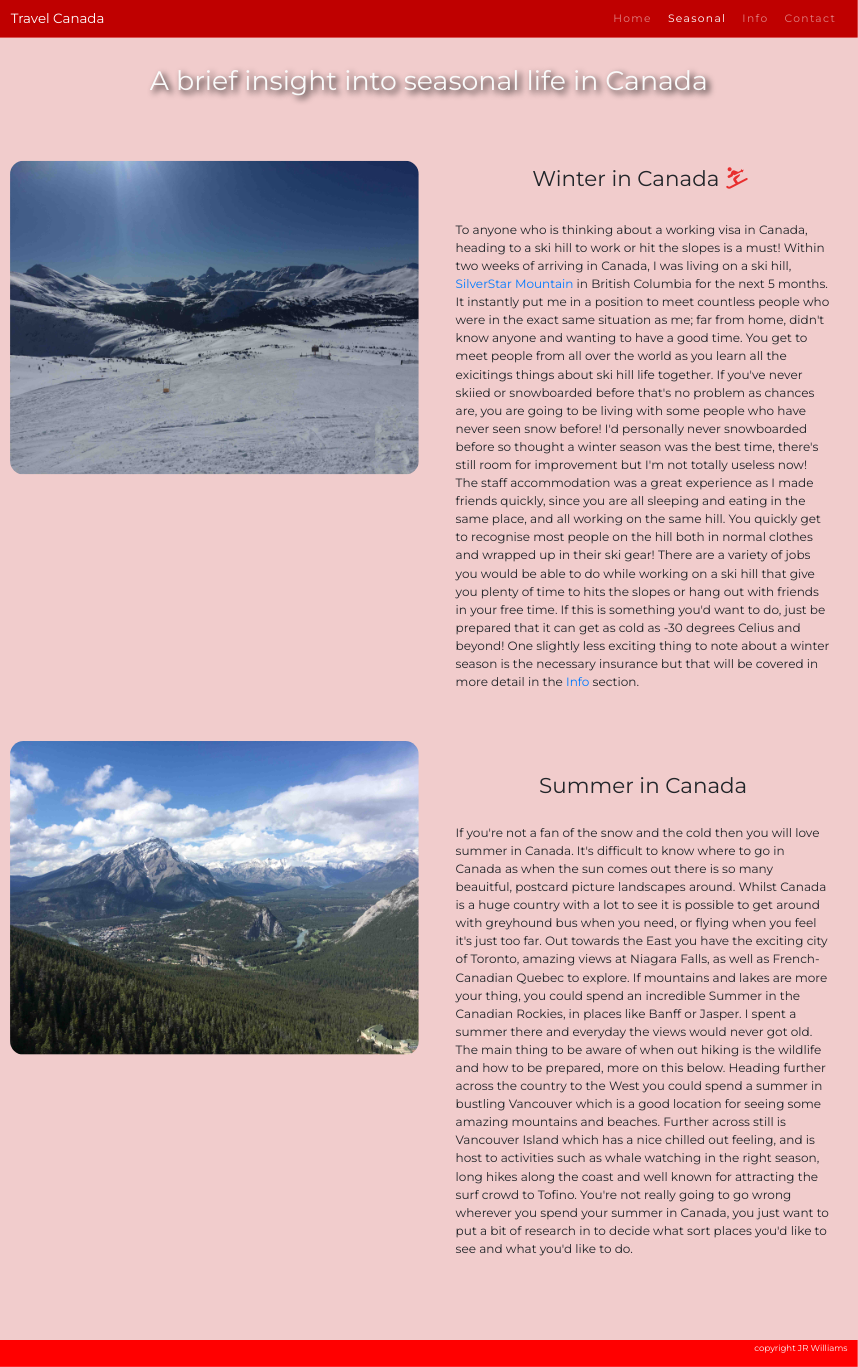
Repository: JonWil91/Travel-Canada
Page: seasonal.html
The author's editor kept a record of every edit. The page is drawn from the files as they stood at one moment, then again after the next edit.
The browser window is 1280 px wide. The pictures show the whole page, at 67% of full size.
Some web libraries are served in a nearby version.

Above is the page before.

### seasonal.html
<!DOCTYPE html>
<html lang="en">

<head>
    <meta charset="UTF-8">
    <meta name="viewport" content="width=device-width, initial-scale=1.0">
    <meta http-equiv="X-UA-Compatible" content="ie=edge">
    <title>Canada</title>
    <link rel="stylesheet" href="https://stackpath.bootstrapcdn.com/bootstrap/4.3.1/css/bootstrap.min.css" integrity="sha384-ggOyR0iXCbMQv3Xipma34MD+dH/1fQ784/j6cY/iJTQUOhcWr7x9JvoRxT2MZw1T" crossorigin="anonymous">
    <link href="https://fonts.googleapis.com/css?family=Montserrat:200,400,500i&display=swap" rel="stylesheet">
    <link rel="stylesheet" href="https://use.fontawesome.com/releases/v5.6.1/css/all.css" integrity="sha384-gfdkjb5BdAXd+lj+gudLWI+BXq4IuLW5IT+brZEZsLFm++aCMlF1V92rMkPaX4PP" crossorigin="anonymous">
    <link rel="stylesheet" href="css/style.css" type="text/css" />


    <body>

        <!-- navbar -->

        <div class="container-fluid navalert-container">
            <nav class="navbar navbar-dark navbar-expand-sm navbar-fixed-top">
                <a href="index.html" class="navbar-brand">Travel Canada</a>
                <button class="navbar-toggler ml-auto" type="button" data-toggle="collapse" data-target="#navbarNavDropdown" aria-controls="navbarNavDropdown" aria-expanded="false" aria-label="Toggle
        navigation">
            <span class="navbar-toggler-icon"></span>
        </button>
                <div class="collapse navbar-collapse" id="navbarNavDropdown">
                    <ul class="navbar-nav ml-auto">
                        <li class="nav-item mr-2"><a class="nav-link" href="index.html">Home</a></li>
                        <li class="active nav-item mr-2"><a class="nav-link" href="seasonal.html">Seasonal</a></li>
                        <li class="nav-item mr-2"><a class="nav-link" href="info.html">Info</a></li>
                        <li class="nav-item mr-2"><a class="nav-link" href="contact.html">Contact</a></li>

                    </ul>
                </div>
            </nav>
        </div>

        <!-- /navbar -->


        <!-- seasons -->

        <div class="container title-container my-5 text-center">
            <div class="row">
                <div class="col-12">
                    <h1 class="jumbotron-header my-5">A brief insight into seasonal life in Canada</h1>
                </div>
            </div>
        </div>

        <div class="container-fluid">
            <div class="row">
                <div class="col-lg-6">
                    <img src="images/canada-winter.jpg" class="img-fluid">
                </div>
                <div class="col-lg-6">
                    <div class="accordion d-sm-none" id="accordionExample">
                        <div class="card">
                            <div class="card-header" id="headingOne">
                                <h2 class="mb-0">
                                    <button class="btn btn-link" type="button" data-toggle="collapse" data-target="#collapseOne" aria-expanded="true" aria-controls="collapseOne">
          Winter in Canada
        </button>
                                </h2>
                            </div>

                            <div id="collapseOne" class="collapse show" aria-labelledby="headingOne" data-parent="#accordionExample">
                                <div class="card-body">
                                    To anyone who is thinking about a working visa in Canada, heading to a ski hill to work or hit the slopes is a must! Within two weeks of arriving in Canada, I was living on a ski hill, <a href="https://www.skisilverstar.com/"
                                        target="_blank">SilverStar Mountain</a> in British Columbia for the next 5 months. It instantly put me in a position to meet countless people who were in the exact same situation as me; far from home, didn't know anyone
                                    and wanting to have a good time. You get to meet people from all over the world as you learn all the exicitings things about ski hill life together. If you've never skiied or snowboarded before that's no problem as
                                    chances are, you are going to be living with some people who have never seen snow before! I'd personally never snowboarded before so thought a winter season was the best time, there's still room for improvement but
                                    I'm not totally useless now! The staff accommodation was a great experience as I made friends quickly, since you are all sleeping and eating in the same place, and all working on the same hill. You quickly get to recognise
                                    most people on the hill both in normal clothes and wrapped up in their ski gear! There are a variety of jobs you would be able to do while working on a ski hill that give you plenty of time to hits the slopes or hang
                                    out with friends in your free time. If this is something you'd want to do, just be prepared that it can get as cold as -30 degrees Celius and beyond! One slightly less exciting thing to note about a winter season is
                                    the necessary insurance but that will be covered in more detail in the <a href="info.html">Info</a> section.
                                </div>
                            </div>
                        </div>
                    </div>

                    <div class="container-fluid d-none d-md-block">
                        <div class="row">
                            <div class="col-lg-12">
                                <h2 class="text-center season-title align-text-top"> Winter in Canada<i class="fas fa-skiing icon fa-flip-horizontal"></i></h2>
                                <p class="season-section">To anyone who is thinking about a working visa in Canada, heading to a ski hill to work or hit the slopes is a must! Within two weeks of arriving in Canada, I was living on a ski hill, <a href="https://www.skisilverstar.com/"
                                        target="_blank">SilverStar Mountain</a> in British Columbia for the next 5 months. It instantly put me in a position to meet countless people who were in the exact same situation as me; far from home, didn't know anyone
                                    and wanting to have a good time. You get to meet people from all over the world as you learn all the exicitings things about ski hill life together. If you've never skiied or snowboarded before that's no problem as
                                    chances are, you are going to be living with some people who have never seen snow before! I'd personally never snowboarded before so thought a winter season was the best time, there's still room for improvement but
                                    I'm not totally useless now! The staff accommodation was a great experience as I made friends quickly, since you are all sleeping and eating in the same place, and all working on the same hill. You quickly get to recognise
                                    most people on the hill both in normal clothes and wrapped up in their ski gear! There are a variety of jobs you would be able to do while working on a ski hill that give you plenty of time to hits the slopes or hang
                                    out with friends in your free time. If this is something you'd want to do, just be prepared that it can get as cold as -30 degrees Celius and beyond! One slightly less exciting thing to note about a winter season is
                                    the necessary insurance but that will be covered in more detail in the <a href="info.html">Info</a> section.
                                </p>
                            </div>
                        </div>
                    </div>



                </div>
            </div>
        </div>


        <div class="container-fluid my-5">
            <div class="row">
                <div class="col-lg-6">
                    <img src="images/canada-summer.jpg" class="img-fluid">
                </div>
                <div class="col-lg-6 my-5">
                    <div class="accordion d-sm-none" id="accordionExample">
                        <div class="card">
                            <div class="card-header" id="headingTwo">
                                <h2 class="mb-0">
                                    <button class="btn btn-link collapsed" type="button" data-toggle="collapse" data-target="#collapseTwo" aria-expanded="false" aria-controls="collapseTwo">
          Summer in Canada
        </button>
                                </h2>
                            </div>
                            <div id="collapseTwo" class="collapse" aria-labelledby="headingTwo" data-parent="#accordionExample">
                                <div class="card-body">
                                    If you're not a fan of the snow and the cold then you will love summer in Canada. It's difficult to know where to go in Canada as when the sun comes out there is so many beauitful, postcard picture landscapes around. Whilst Canada is a huge country with
                                    a lot to see it is possible to get around with greyhound bus when you need, or flying when you feel it's just too far. Out towards the East you have the exciting city of Toronto, amazing views at Niagara Falls, as well
                                    as French-Canadian Quebec to explore. If mountains and lakes are more your thing, you could spend an incredible Summer in the Canadian Rockies, in places like Banff or Jasper. I spent a summer there and everyday the
                                    views would never got old. The main thing to be aware of when out hiking is the wildlife and how to be prepared, more on this below. Heading further across the country to the West you could spend a summer in bustling
                                    Vancouver which is a good location for seeing some amazing mountains and beaches. Further across still is Vancouver Island which has a nice chilled out feeling, and is host to activities such as whale watching in the
                                    right season, long hikes along the coast and well known for attracting the surf crowd to Tofino. You're not really going to go wrong wherever you spend your summer in Canada, you just want to put a bit of research in
                                    to decide what sort places you'd like to see and what you'd like to do.
                                </div>
                            </div>
                        </div>
                    </div>

                    <div class="container-fluid d-none d-md-block">
                        <div class="row d-none d-md-block">
                            <div class="col-lg-12">
                                <h2 class="text-center season-title">Summer in Canada</h2>
                                <p class="season-section">If you're not a fan of the snow and the cold then you will love summer in Canada. It's difficult to know where to go in Canada as when the sun comes out there is so many beauitful, postcard picture landscapes around. Whilst
                                    Canada is a huge country with a lot to see it is possible to get around with greyhound bus when you need, or flying when you feel it's just too far. Out towards the East you have the exciting city of Toronto, amazing
                                    views at Niagara Falls, as well as French-Canadian Quebec to explore. If mountains and lakes are more your thing, you could spend an incredible Summer in the Canadian Rockies, in places like Banff or Jasper. I spent
                                    a summer there and everyday the views would never got old. The main thing to be aware of when out hiking is the wildlife and how to be prepared, more on this below. Heading further across the country to the West you
                                    could spend a summer in bustling Vancouver which is a good location for seeing some amazing mountains and beaches. Further across still is Vancouver Island which has a nice chilled out feeling, and is host to activities
                                    such as whale watching in the right season, long hikes along the coast and well known for attracting the surf crowd to Tofino. You're not really going to go wrong wherever you spend your summer in Canada, you just want
                                    to put a bit of research in to decide what sort places you'd like to see and what you'd like to do.
                                </p>
                            </div>
                        </div>
                    </div>


                </div>
            </div>
        </div>


        <!-- /seasons -->

        <!-- footer -->

        <div class="container-fluid footer">
            <div class="row">
                <div class="col-12">
                    <p class="ml-auto"><small>copyright JR Williams</small></p>

                </div>
            </div>
        </div>


        <!-- /footer -->


        <script src="https://code.jquery.com/jquery-3.3.1.slim.min.js" integrity="sha384-q8i/X+965DzO0rT7abK41JStQIAqVgRVzpbzo5smXKp4YfRvH+8abtTE1Pi6jizo" crossorigin="anonymous"></script>
        <script src="https://cdnjs.cloudflare.com/ajax/libs/popper.js/1.14.7/umd/popper.min.js" integrity="sha384-UO2eT0CpHqdSJQ6hJty5KVphtPhzWj9WO1clHTMGa3JDZwrnQq4sF86dIHNDz0W1" crossorigin="anonymous"></script>
        <script src="https://stackpath.bootstrapcdn.com/bootstrap/4.3.1/js/bootstrap.min.js" integrity="sha384-JjSmVgyd0p3pXB1rRibZUAYoIIy6OrQ6VrjIEaFf/nJGzIxFDsf4x0xIM+B07jRM" crossorigin="anonymous"></script>


    </body>

### css/style.css
body {
    font-family: 'Montserrat', sans-serif;
    background-color: #f1cccc;
}

/* landing page */

.callout-container {
    height: 100vh;
    background: url("../images/canada-landing-page.jpg") no-repeat bottom right fixed;
    -webkit-background-size: cover;
    -moz-background-size: cover;
    -o-background-size: cover;
    background-size: cover;

    display: flex;
    justify-content: center;
    position: relative;
}

.jumbotron {
    background-color: transparent;
    margin-top: 30px;
    color: #fafafa;
}

.jumbotron-header {
    font-size: 40px;
    color: #fafafa;
    text-shadow: 5px 5px 10px black;
}

.lead {
    margin-top: 30px;
    color: #de5858;
    font-family: 'Roboto', sans-serif;
    font-weight: 600;
    font-size: 25px;
    text-shadow: 5px 5px 10px #fafafa;


}

.about-me {
    color: #fafafa;
    text-shadow: 5px 5px 10px black;
}

.about-me-text {
    color: black;
}


/* /landing page */

/* Navbar */

.navalert-container {
    position: absolute;
    top: 0;
    left: 0;
    padding-left: 0;
    padding-right: 0;
    z-index: 1;
    background-color: #ff0000;
}

.navbar {
    margin-bottom: 0;
    border: 0;
    width: 100%;
    background-color: rgba(0, 0, 0, 0.25);
}

.navbar-toggler {
    border: none;
    background-color: transparent;
}

.navbar-brand {
    font-weight: 500;
}

.navbar-nav {
    letter-spacing: 2px;
}

.jumbotron-header {
    font-weight: 500;
}

/* /navbar */

/* seasonal */

.title-container {
    display: flex;
    justify-content: center;
    position: relative;
}

.container-subheading {
    display: flex;
    justify-content: center;
    position: relative;
}

.img-fluid {
    width: 100vh;
    height: 65vh;
    border-radius: 20px;
}

.flag-picture {
    width: 90vh;
    height: 65vh;
    border-radius: 20px;
    margin-top: 90px
}


.icon {
    color: #e82e2e;
    padding: 10px;
    transition: all 0.3s ease 0s;
}

.icon:hover {
    color: #f59e42;
}

.season-title {
    padding: 0 0 20px 0;

}

.season-section {
    font-size: 18px;
    padding: 10px;
}

.card-header{
    justify-content: center;
}

button {
   text-decoration: none;

}





/* /seasonal */

/* Footer */

.footer {
    background-color: #ff0000;
    color: #fafafa;
    float: right;
}

.ml-auto {
    float: right;
}

/* /footer */

.title {
    color: #fafafa;
}

.timeline-item {
    padding: 4em 2em 0em 2em;
    position: relative;
    color: red;
    border-left: 1px solid;
}

.timeline-item p {
    padding: 0;
    margin: 0;
}

.timeline-item:before {
    content: attr(data-dates);
    position: absolute;
    left: 2.5em;
    top: 3em;
    display: block;
    font-family: "Exo", sans-serif;
    font-weight: 500;
    font-size: 0.8em;
    padding: 0;
    margin: 0;
}

.timeline-item:after {
    width: 12px;
    height: 12px;
    display: block;
    top: 2.4em;
    position: absolute;
    left: -6px;
    border-radius: 12px;
    content: '';
    background-color: #fafafa;
}

.history-items {
    margin-bottom: 30px;
}

.extra-info {
    color: red;
}

.card,
.card-reader {
    background-color: transparent;
    border: none !important;
    padding: 0;
    margin-bottom: 20px;
}


/* Contact */

.contact-box {


}



/* /Contact */

After the next edit:
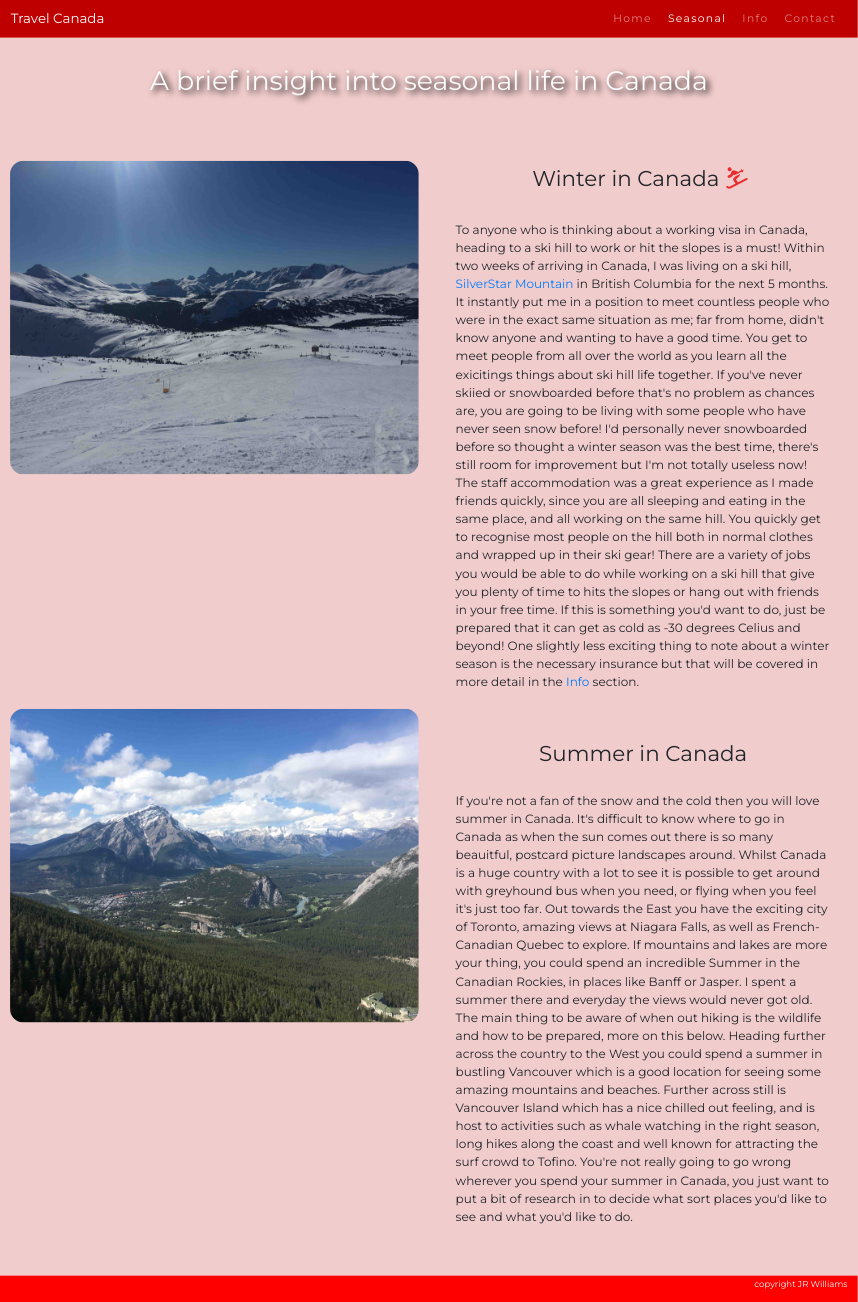
The edit:
--- a/seasonal.html
+++ b/seasonal.html
@@ -103,7 +103,7 @@
         </div>
 
 
-        <div class="container-fluid my-5">
+        <div class="container-fluid">
             <div class="row">
                 <div class="col-lg-6">
                     <img src="images/canada-summer.jpg" class="img-fluid">
